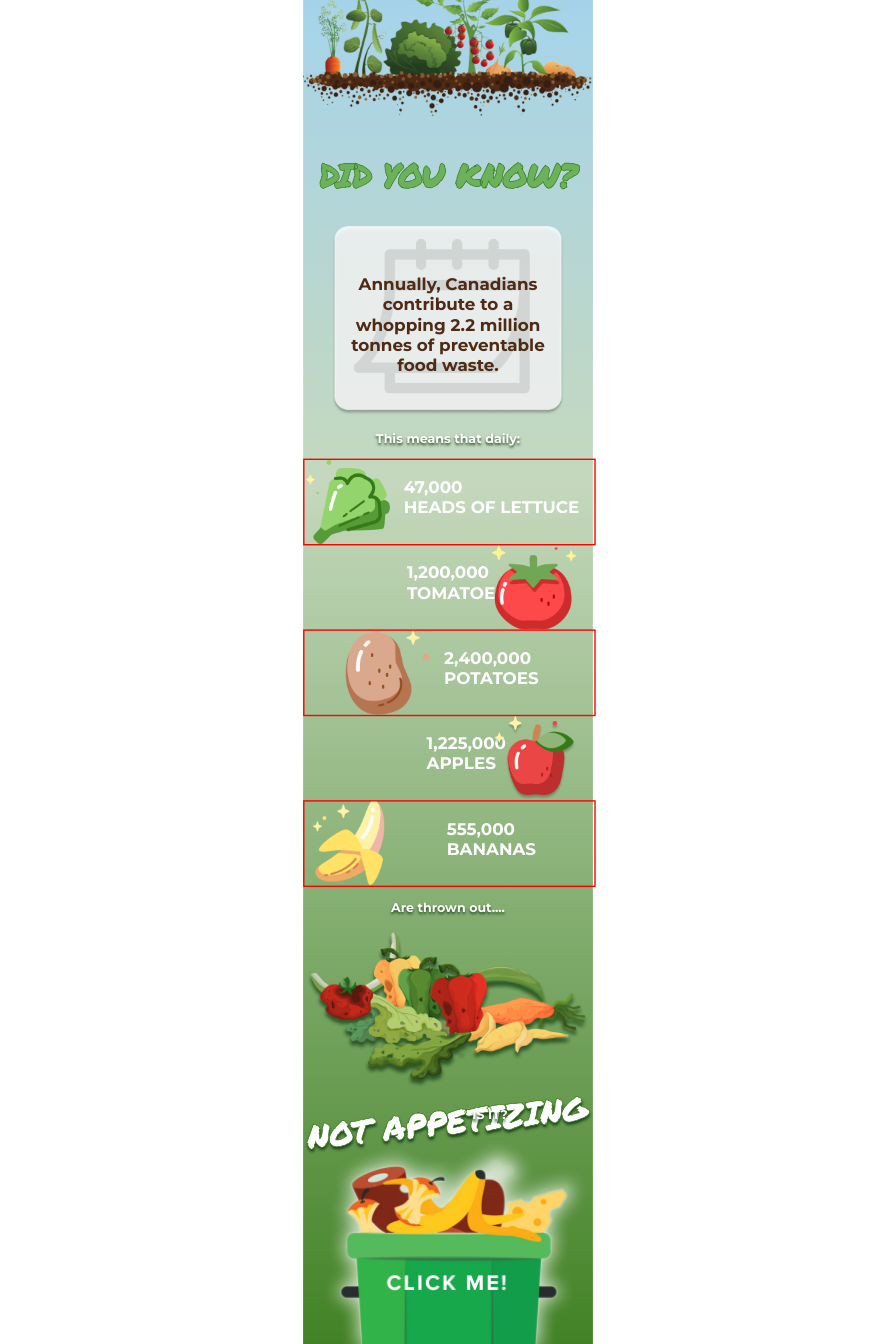
Repository: zoelake/DCDmidterm
Page: page1/index.html
An editor plug-in stored every save of this project. The page is shown before and after the next save, followed by the edit.
The browser window is 1280 px wide. The pictures show the part of the page from y = 633 to 2553 px (the page is 2650 px tall), at 70% of full size.

Above is the page before, as saved 2021-03-05 20:39:11.

After the next save:
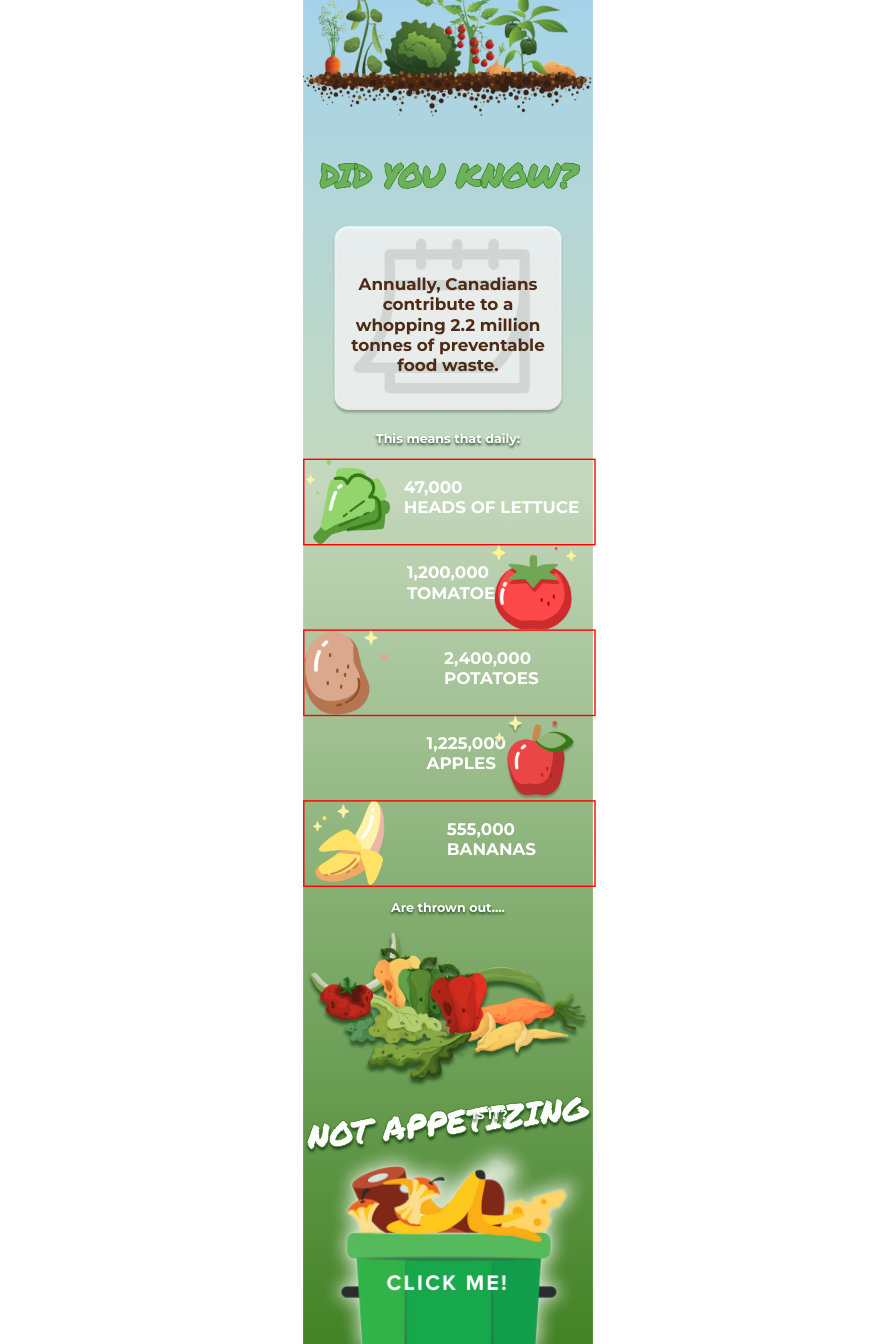
Saved 7 s later.
--- a/page1/style.css
+++ b/page1/style.css
@@ -112,3 +112,7 @@ p{
 #banana {
     left: -80px;
 }
+
+#potatoe {
+    left: -80px;
+}
